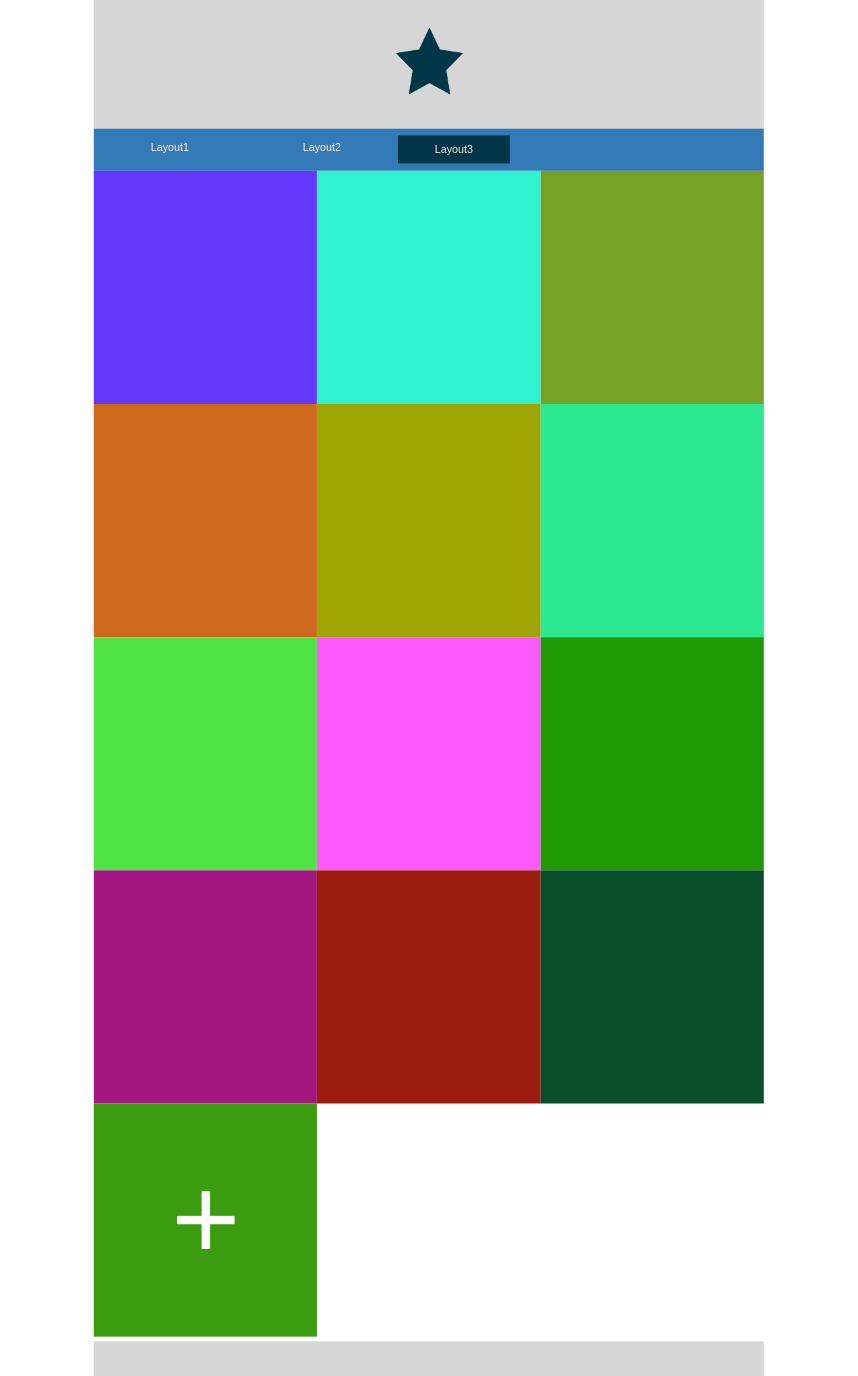
Repository: baliayassin/MyGame
Page: Documents/Aptana Studio 3 Workspace/homeWork2/layOut3.html
These files come from the project's save history. The page is drawn as it stood at one moment and after the next save; the edit follows.
The browser window is 1280 px wide. The pictures show the whole page, at 67% of full size.
Some web libraries are served in a nearby version.

Above is the page before, as saved 2017-12-14 09:22:51.

### Documents/Aptana Studio 3 Workspace/homeWork2/layOut3.html
<!DOCTYPE html >
<html>



	<head>

		<title> HomeWork2</title>
		<link rel="stylesheet" href="includes/style.css" />
		<script src="https://code.jquery.com/jquery-3.2.1.min.js"
  integrity="sha256-hwg4gsxgFZhOsEEamdOYGBf13FyQuiTwlAQgxVSNgt4="
  crossorigin="anonymous"></script>
  <meta name="viewport" content="width=device-width,initial-scale=1">
		<script src="includes/main.js"></script>
		<meta charset="utf-8" />
	</head>

	<body id="wrapper3">

		<header>
	       <a href="layOut3.html"> </a>
        </header>



            <nav >
				<ul>
					<li> <a  href="index.html">Layout1 </a> </li>
					<li> <a  href="layOut2.html">Layout2 </a></li>
					<li> <span> <a  href="layOut3">Layout3 </a> </span></li>
				</ul>


			</nav>


  <main ></main>




	<div class="clear"></div>
     <footer> </footer>

	</body>




</html>

### Documents/Aptana Studio 3 Workspace/homeWork2/includes/style.css
*{
	margin:0px;
	padding: 0px;
}

main, nav, aside, footer, section, article, header {
	display:  block;

}

#wrapper {
	margin: 0px auto;
	width: 1000px;
}
#wrapper header{

	height:192px;
	background: #d6d6d6;

}

#wrapper header a{

	width:102px;
	height:102px;
	background-image:url("../images/star.png");
	position:relative;
	display:block;
	margin:0px auto;
	top: 40px;
    background-repeat: no-repeat;


}


#wrapper nav {

	height: 62px;
	background: #337AB7;

}

#wrapper nav ul{

	list-style-type: none;
	text-decoration: none;
	margin-left: 45px;

}

#wrapper nav ul li{

	float:left;

}

#wrapper nav a{

	display: inline-block;
	text-decoration: none;
	color: #ffeedd;
	font-family: Arial;



}

#wrapper nav span a{

	background:#003748;
	margin:10px auto;
	padding:12px 90px;


}
#wrapper nav li > a{

	margin:20px 85px;

}
#wrapper section{
	direction:rtl;
	display: inline-block;
	margin-top: 100px;
	vertical-align: top;


}
#wrapper section article{

	display:block;
	background: #62C462;
	margin-right: 25px;
	margin-left: 32px;
	margin-top: 30px;
}

#wrapper section article:first-child{

	height:121px;
	width:699px;


}
#wrapper section article:nth-child(2){

	height: 200px;
	width: 699px;


}
#wrapper section article:nth-child(3){

	height: 125px;
	width: 186px;


}

#wrapper aside{

	background: #EEEEEE;
	height: 697px;
	width: 240px;
	display: inline-block;

}

#wrapper aside article{

	background: #62C462;
	width:185px;
	height:126px;
	position: relative;
	margin-top: 264px;
	margin-left: 45px;


}

#wrapper footer{

	height:52px;
	background: #D6D6D6;
	margin-top:-4px;

}






/*********************************************************/



#wrapper2 {
	margin: 0px auto;
	width: 1000px;
}
#wrapper2 header{

	height:192px;
	background: #d6d6d6;

}

#wrapper2 header a{

	width:102px;
	height:102px;
	background-image:url("../images/star.png");
	position:relative;
	display:block;
	margin:0px auto;
    top: 40px;
    background-repeat: no-repeat;


}


#wrapper2 nav {

	width:146px;
	height: 759px;
	background: #337AB7;
    float:left;
    display: inline-block;
}




#wrapper2 nav ul {
	list-style-type: none;
}

#wrapper2 nav a{
	display: inline-block;
	text-decoration: none;
	color: #ffeedd;
	font-family: "Arial";
}

#wrapper2 nav li > a{
	margin-top: 6px;
	margin-bottom: 22px;
	margin-left: 6px;
}

#wrapper2 nav span a{
	background-color: #003748;
	padding-top: 18px;
	margin-bottom: 18px;
	padding-bottom: 18px;
	padding-left: 6px;
	width: 140px;
}


#wrapper2 aside{

	float:left;
	background-color: #eeeeee;
	width: 223px;
	height: 759px;
}

#wrapper2 aside article{

	background: #62C462;
	width:77px;
	height:66px;
	position: relative;
	margin-top: 261px;
	margin-left: 11px;


}


#wrapper2 section{

	display: inline-block;
	margin-top: 23px;



}

#wrapper2 section article:first-child{

	background:#62C462;
	margin-left:5px;
	height:508px;
	width:190px;
	float: left;


}

#wrapper2 section article:nth-child(2){

	background:#62C462;
	margin-left:30px;
	height:323px;
	width:190px;
	float:left;

}

#wrapper2 section article:nth-child(3){

	background:#62C462;
	margin-left:30px;
	height:123px;
	width:183px;
	float:left;

}


#wrapper2 section article p{

	background:#62C462;
	margin-left:220px;
	height:400px;
	width:190px;
	margin-top:345px;
	float:left
}


#wrapper2 footer{
	height: 52px;
	width: 1000px;
	position: fixed;
	bottom: 0px;
	background-color: #d6d6d6;
}

/*******************************************************/



#wrapper3 {
	margin: 0px auto;
	width: 1000px;
}
#wrapper3 header{

	height:192px;
	background: #d6d6d6;

}

#wrapper3 header a{

	width:102px;
	height:102px;
	background-image:url("../images/star.png");
	position:relative;
	display:block;
	margin:0px auto;
	top: 40px;
    background-repeat: no-repeat;


}


#wrapper3 nav {

	height: 63px;
	background: #337AB7;

}

#wrapper3 nav ul{

	list-style-type: none;
	text-decoration: none;
	margin-left: 45px;

}

#wrapper3 nav ul li{

	float:left;

}

#wrapper3 nav a{

	display: inline-block;
	text-decoration: none;
	color: #ffeedd;
	font-family: Arial;



}

#wrapper3 nav span a{

	background:#003748;
	margin:10px auto;
	padding:12px 90px;


}
#wrapper3 nav li > a{

	margin:20px 85px;

}





#wrapper3 footer{

	height:52px;
	background: #D6D6D6;
    margin-top: 1747px;

}

#wrapper3 .box{

    float: left;
    width: 333.33px;
    height: 348px;


   }



#wrapper3 .box.plus{
            background: url(../images/white_plus.png) center no-repeat;
        }

#wrapper3 .box.star {

     background: url(../images/white_star.png) center no-repeat;
}

 @media only screen and (min-width: 1000px) {

        #wrapper3 {width:1000px;}
    }
 @media only screen and (max-width:1000px){
    	#wrapper3 {width:666.66px;}

   	}
    	 #wrapper3 nav ul{
    	 	margin-left: 0px;
    	}
    	 #wrapper3 nav span a{padding:12px 55px;}
    }

.clear{

	clear: both;
}

### Documents/Aptana Studio 3 Workspace/homeWork2/includes/main.js
$("document").ready(function () {


    for (var i = 0; i < (25/2); i++)
        $("main").append(createArticle());
        $("main article:last").addClass("plus");

    $("main").on("click", ".box:not(.plus)", showStar);
    $(".box.plus").click(addArticle);
})

function addArticle() {
    $("main").prepend(createArticle());
}

function showStar() {

    $(this).toggleClass("star");
}

function createArticle() {
    var newArticle = $("<article/>");
    newArticle.addClass("box");
    var color='#' + (0x1000000 + (Math.random()) * 0xffffff).toString(16).substr(1, 6);
    newArticle.css("background-color", color);
    return newArticle;
}

After the next save:
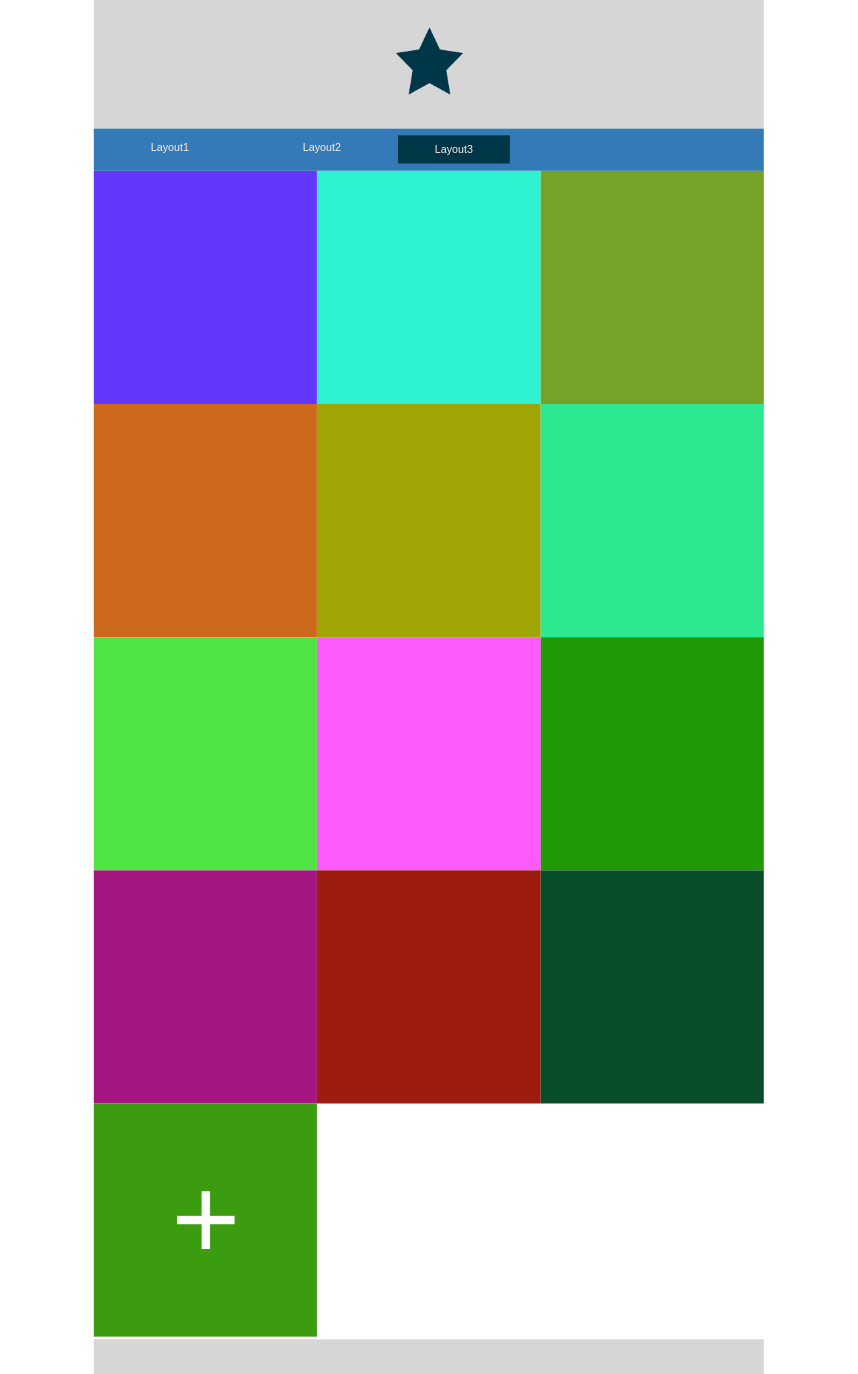
Saved 7 s later.
--- a/Documents/Aptana Studio 3 Workspace/homeWork2/includes/style.css
+++ b/Documents/Aptana Studio 3 Workspace/homeWork2/includes/style.css
@@ -386,7 +386,7 @@ main, nav, aside, footer, section, article, header {
 
 	height:52px;
 	background: #D6D6D6;
-    margin-top: 1747px;
+    margin-top: 1744px;
 
 }
 
